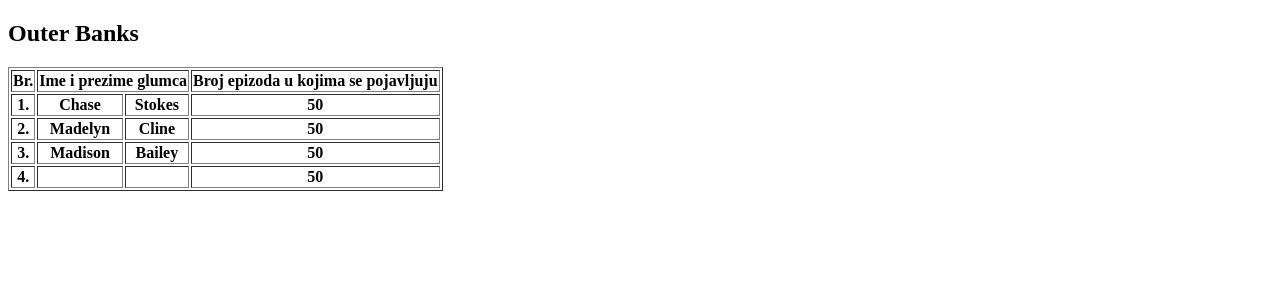
Repository: larabiondic/wp_biondic_lara
Page: Domace zadace/Zadaća.2.html
The author's editor kept a copy of each file at every save. The page is drawn from the files as they stood at one save, then again after the next save.
The browser window is 1280 px wide. The pictures show the whole page.

Above is the page before, as saved 2025-11-03 20:06:54.

After the next save:
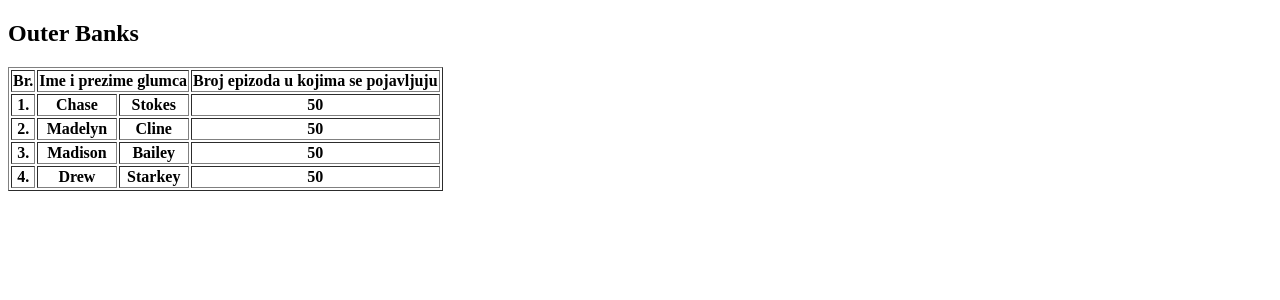
Saved 60 s later.
--- a/Domace zadace/Zadaća.2.html
+++ b/Domace zadace/Zadaća.2.html
@@ -35,8 +35,8 @@
         </tr>
         <tr>
             <th>4.</th>
-            <th></th>
-            <th></th>
+            <th>Drew</th>
+            <th>Starkey</th>
             <th>50</th>
         </tr>
 
